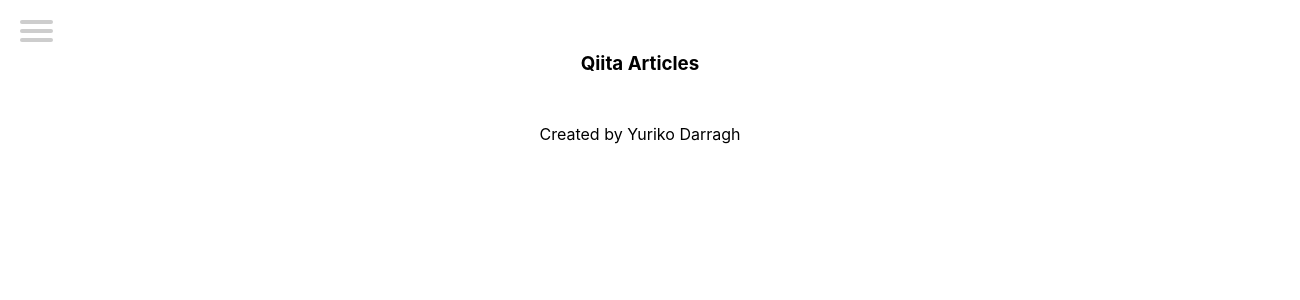
Repository: yuriko-pixel/react-portfolio
Page: /qiita
These files come from the project's save history. The page is drawn as it stood at one moment and after the next save; the edit follows.
The browser window is 1280 px wide. The page is 1300 px wide, so the pictures cover 1300 px, including what lies to the right of the window. The pictures show the whole page.
The page's requests for data from a server got no answer. The project was rebuilt for these pictures with package versions that can differ from the ones it lists, and the page was loaded fresh each time. No one was signed in, and anything a server would have sent is missing. Also part of the build but not shown: src/styles/worktemp.module.scss, src/components/worktemp.js, src/components/links.js, src/components/about.js, src/styles/top.module.scss, src/components/top.js, src/components/home.js, src/styles/works.module.scss and 3 more.

Above is the page before, as saved 2021-05-25 13:15:36.

### src/App.js

import './App.css';
import { BrowserRouter, Route } from 'react-router-dom';
import WorkTemp from './components/worktemp'
import about from './components/about'
import home from './components/home'
import Nav from './components/nav'
import Footer from './components/footer'
import works from './components/works'
import contact from './components/contact'
import qiita from './components/qiita'

function App() {
  return (
    <div className="App">
      <BrowserRouter>
        <Nav />
        <Route exact path='/' component={home}></Route>
        <Route path='/about' component={about}></Route>
        <Route path='/works' component={works}></Route>
        <Route path='/qiita' component={qiita}></Route>
        <Route path='/contact' component={contact}></Route>
        <Route path='/work/:name'><WorkTemp /></Route>
        <Footer/>
      </BrowserRouter>
    </div>
  );
}

export default App;

### src/components/nav.js
import navs from '../styles/nav.module.scss'
import { Link } from 'react-router-dom';

const Nav = () => {
    return (
        <nav role="navigation">
        <div className={navs.menuToggle}>
          <input type="checkbox" />
          <span></span>
          <span></span>
          <span></span>
          <ul className={navs.menu}>
            <Link to="/"><li>Home</li></Link>
            <Link to="/about"><li>About</li></Link>
            <Link to="/works"><li>Works</li></Link>
            <Link to="/qiita"><li>Qiita</li></Link>
            <Link to="/contact"><li>Contact</li></Link>
          </ul>
        </div>
      </nav>
    )
}

export default Nav

### src/components/footer.js

const Footer = ()=> {
    return (
        <footer>
            <span>Created by Yuriko Darragh</span>
        </footer>
    )
}

export default Footer;

### src/components/qiita.js
import { useEffect, useState } from "react";
import style from '../styles/qiita.module.scss'
const Qiita = () => {
    const [articles, setArticles] = useState([]);

    const key = process.env.REACT_APP_QIITA_KEY;
    useEffect(() => {
        fetch('https://qiita.com/api/v2/authenticated_user/items', {method:'GET',
      headers: {
        'Authorization': 'Bearer ' + key,
        'Content-Type': 'application/json'
      }})
        .then(response => response.json())
        .then(json => {setArticles(json);
            console.log(articles)}
            )
    },[])
    let data;
    if(articles.length !== 0) {
        data = articles.map(item => (<div className={style.wrapper}>
            <h3>{item.title}</h3>
            <div className={style.flex}>
                <img src={item.user.profile_image_url} alt="profile" className={style.profile} />
                <span className={style.username}>@ {item.user.id}</span>
            </div>
            <div className={style.date}>{item.created_at}</div>
            <div className={style.flex}>{item.tags.map(i => <span className={style.tags}>{i.name}</span>)}</div>
            <div className={style.blogbody}>{item.body}</div>
            </div>))
    }

    return (
        <div className={style.qiitacontainer}>
            <h3>Qiita Articles</h3>
            <div className={style.flex}>
                {data}
            </div>
        </div>
    )
}
export default Qiita

### src/styles/about.module.scss
@import url('https://fonts.googleapis.com/css2?family=Raleway:wght@100&display=swap');
@import url('https://fonts.googleapis.com/css2?family=Crimson+Pro:wght@200&display=swap');

 * {

 }

.flex {
    display: flex;
}

.container {
    min-height: 100vh;
    font-family: 'Crimson Pro', serif;
    font-size: 25px;
}
.profimg {
    width:200px;
	height:200px;
	object-fit:cover;
	border-radius:50%;
    border: 1px solid black;
}

.box {
    width: 60%;
    margin: 0 auto;
}

.title {
    font-family: 'Raleway', sans-serif;
    font-size: 35px;
    text-align: left;
    padding-left: 30px;
    text-decoration: underline solid pink 5px;
    margin-bottom: 25px;
}

.box2 {
    margin-left: 150px;
}

.box3 {
    padding-left: 20px;
    text-align: left;
}
.borderline {
    height: 230px;
    width: 3px;
    background: gray;
    margin-left: 20px
}

.likes {
    margin-left: 150px;
}

.liketitle {
    margin-left: 30px;
    font-size: 30px;
}

@media screen and (max-width: 480px) {
    .container {
        font-size: 20px;
        margin-bottom: 20px;
    }
    .title {
        font-size: 25px;
    }
    .box {
        width: 100%;
    }
    .box2 {
        margin-left: 20px;
        font-size: 15px;
    }
    .box3 {
        font-size: 15px;
    }
    .borderline {
        height: 150px;
    }
    .likes {
        margin-left: 20px;
    }
    .liketitle {
        font-size: 20px;
        margin-top: 5px;
    }
}

### src/styles/nav.module.scss
* {
  list-style: none;
}

.menuToggle
{
  display: block;
  position: relative;
  top: 20px;
  left: 20px;

  z-index: 1;

  -webkit-user-select: none;
  user-select: none;
}

.menuToggle a
{
  text-decoration: none;
  color: .232323;

  transition: color 0.3s ease;
}

.menuToggle a:hover
{
  color: tomato;
}


.menuToggle input
{
  display: block;
  width: 40px;
  height: 32px;
  position: absolute;
  top: -7px;
  left: -5px;

  cursor: pointer;

  opacity: 0; /* hide this */
  z-index: 2; /* and place it over the hamburger */

  -webkit-touch-callout: none;
}

/*
 * Just a quick hamburger
 */
.menuToggle span
{
  display: block;
  width: 33px;
  height: 4px;
  margin-bottom: 5px;
  position: relative;

  background: #cdcdcd;
  border-radius: 3px;

  z-index: 1;

  transform-origin: 4px 0px;

  transition: transform 0.5s cubic-bezier(0.77,0.2,0.05,1.0),
              background 0.5s cubic-bezier(0.77,0.2,0.05,1.0),
              opacity 0.55s ease;
}

.menuToggle span:first-child
{
  transform-origin: 0% 0%;
}

.menuToggle span:nth-last-child(2)
{
  transform-origin: 0% 100%;
}

/*
 * Transform all the slices of hamburger
 * into a crossmark.
 */
.menuToggle input:checked ~ span
{
  opacity: 1;
  transform: rotate(45deg) translate(-2px, -1px);
  background: #232323;
}

/*
 * But let's hide the middle one.
 */
.menuToggle input:checked ~ span:nth-last-child(3)
{
  opacity: 0;
  transform: rotate(0deg) scale(0.2, 0.2);
}

/*
 * Ohyeah and the last one should go the other direction
 */
.menuToggle input:checked ~ span:nth-last-child(2)
{
  transform: rotate(-45deg) translate(0, -1px);
}

/*
 * Make this absolute positioned
 * at the top left of the screen
 */
.menu
{
  position: absolute;
  width: 300px;
  margin: -100px 0 0 -50px;
  padding: 50px;
  padding-top: 125px;

  background: #ededed;
  list-style-type: none;
  -webkit-font-smoothing: antialiased;
  /* to stop flickering of text in safari */

  transform-origin: 0% 0%;
  transform: translate(-100%, 0);

  transition: transform 0.5s cubic-bezier(0.77,0.2,0.05,1.0);
}

.menu li
{
  padding: 10px 0;
  font-size: 22px;
}

/*
 * And let's slide it in from the left
 */
.menuToggle input:checked ~ ul
{
  transform: none;
}

@media screen and (max-width: 480px) {

  .menu {
    width: 100px;
  }
}

### src/styles/qiita.module.scss
.qiitacontainer {
    width: 90%;
    margin: 30px auto;
}

.flex {
    display: flex;
    flex-wrap: wrap;
}

.wrapper {
    width: 300px;
    background: white;
    border: solid lightgreen 3px;
    margin: 5px 15px;
    border-radius: 10px;
    text-align: left;
    padding: 5px 10px;
    min-height: 300px;
}

.wrapper:hover {
    box-shadow: 0 15px 30px -5px rgba(0,0,0,.15), 0 0 5px rgba(0,0,0,.1);
	transform: translateY(-4px);

}

.tags {
    border: green solid 1px;
    margin: 2px 3px;
    padding: 2px;
    border-radius: 2px;
}

.blogbody {
    margin-top: 10px;
    white-space: nowrap;
    overflow: hidden;
    text-overflow: ellipsis;
}

.profile {
    width: 50px;
    border-radius: 50%;
}

.date {
    margin: 10px 0;
}

.username {
    margin: 10px 0 0 10px;
}

### src/styles/links.module.scss


a, a:visited {
    text-decoration: none;
    color: black;
}

.linkcontainer {
    margin: 20px 0;
}
.linkcontainer1, .linkcontainer2, .linkcontainer3 {
    // width: 200px;
    padding: 10px 15px;
    background: #EEF1F2;
    border: 1px solid #D1D8DA;
}

.linkcontainer1 {
    border-radius: 50% 0 0 50%;
}

.linkcontainer3 {
    border-radius: 0 50% 50% 0;
}

.border {
    border-bottom: dashed;
}

Loaded but not shown: public/index.html (common file); src/index.js (common file); src/index.css (common file); src/reportWebVitals.js (common file); src/App.css (common file)

After the next save:
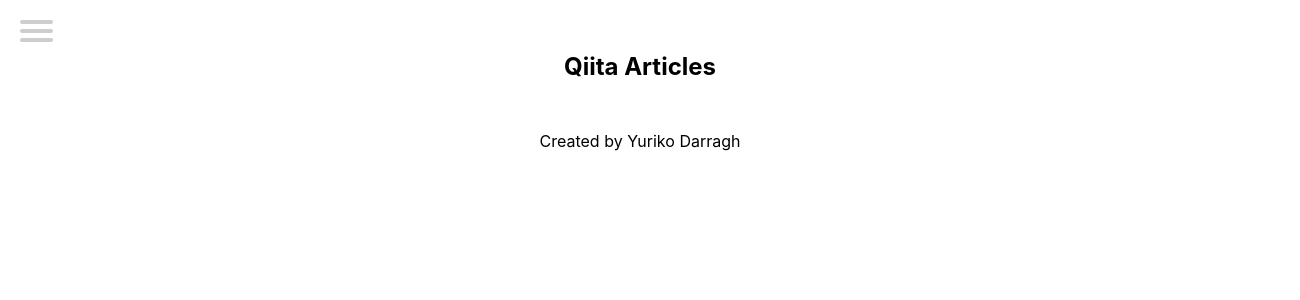
Saved 10 s later.
--- a/src/components/qiita.js
+++ b/src/components/qiita.js
@@ -31,7 +31,7 @@
 
     return (
         <div className={style.qiitacontainer}>
-            <h3>Qiita Articles</h3>
+            <h2>Qiita Articles</h2>
             <div className={style.flex}>
                 {data}
             </div>
